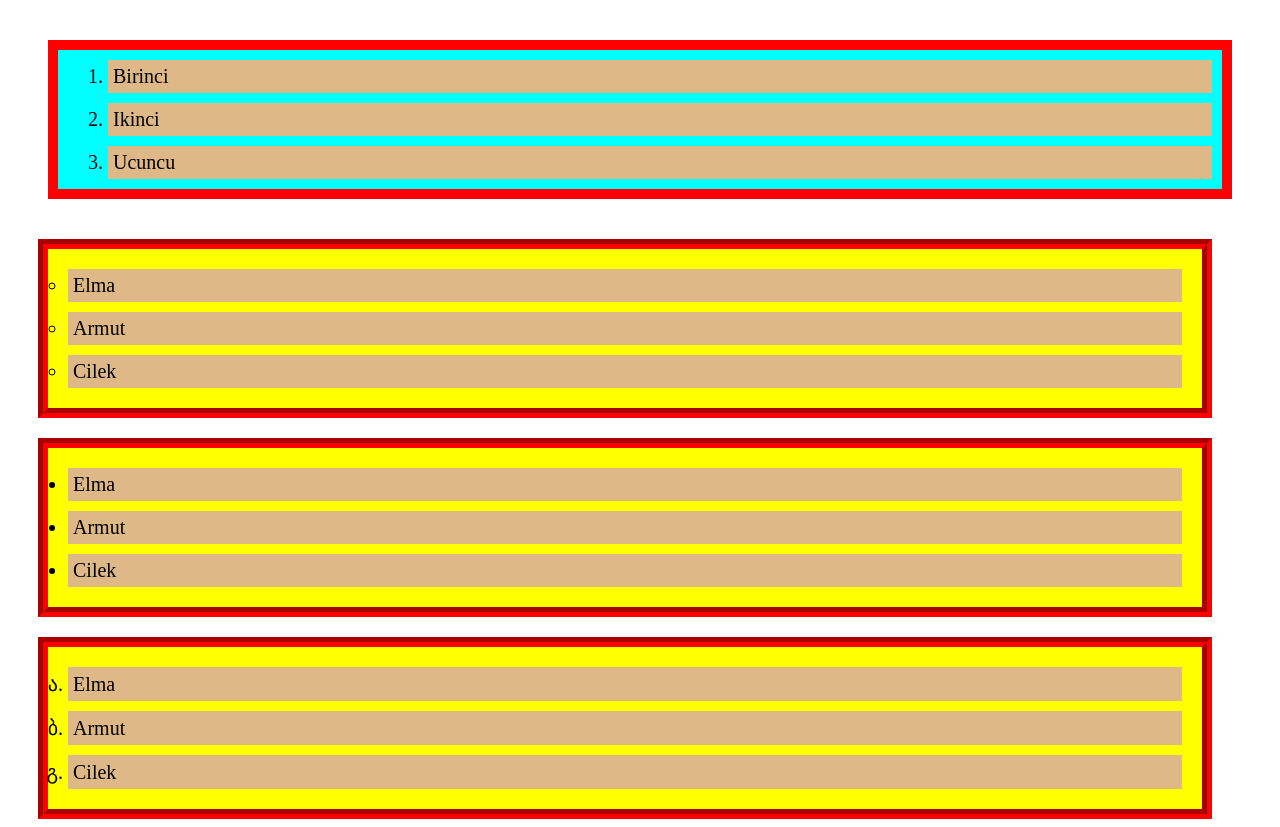
Repository: Kubraaygun/Html_Css_Login
Page: index.html
An editor plug-in stored every save of this project. The page is shown before and after the next save, followed by the edit.
The browser window is 1280 px wide. The pictures show the whole page.

Above is the page before, as saved 2025-03-04 21:16:54.

### index.html
<!DOCTYPE html>
<html lang="en">
  <head>
    <meta charset="UTF-8" />
    <meta name="viewport" content="width=device-width, initial-scale=1.0" />
    <title>HTML</title>
    <link rel="stylesheet" href="style.css" />
  </head>

  <body>
    <!-- sirali listeler -->
    <ol>
      <li>Birinci</li>
      <li>Ikinci</li>
      <li>Ucuncu</li>
    </ol>
    <!-- Sirasiz Liste -->
    <ul style="list-style-type: circle">
      <li>Elma</li>
      <li>Armut</li>
      <li>Cilek</li>
    </ul>
    <ul style="list-style-type: disc">
      <li>Elma</li>
      <li>Armut</li>
      <li>Cilek</li>
    </ul>
    <ul style="list-style-type: georgian">
      <li>Elma</li>
      <li>Armut</li>
      <li>Cilek</li>
    </ul>
  </body>
</html>

### style.css
body {
  font-size: 20px;
}
.h1:hover {
  background-color: purple;
}
#h1:hover {
  color: purple;
}
.link:hover {
  text-decoration: none;
}

ol {
  background-color: aqua;
  margin: 40px;
  border: 10px solid red;
}

ul {
  background-color: yellow;
  margin: 20px 60px 0 30px;
  padding: 10px;
  border: 10px groove red;
}

li {
  background-color: burlywood;
  margin: 10px;
  padding: 5px;
}

After the next save:
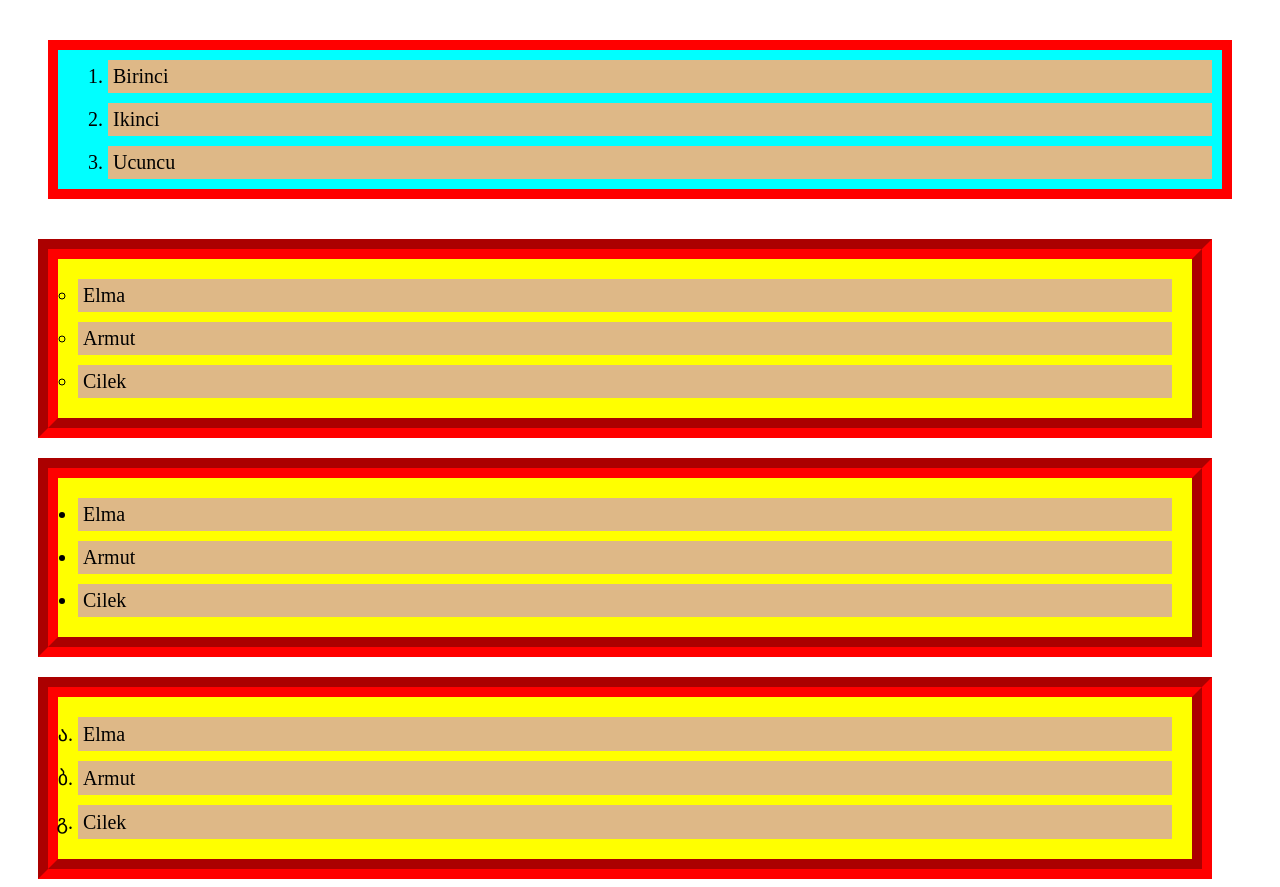
Saved 6 s later.
--- a/style.css
+++ b/style.css
@@ -21,7 +21,7 @@ ul {
   background-color: yellow;
   margin: 20px 60px 0 30px;
   padding: 10px;
-  border: 10px groove red;
+  border: 20px groove red;
 }
 
 li {
